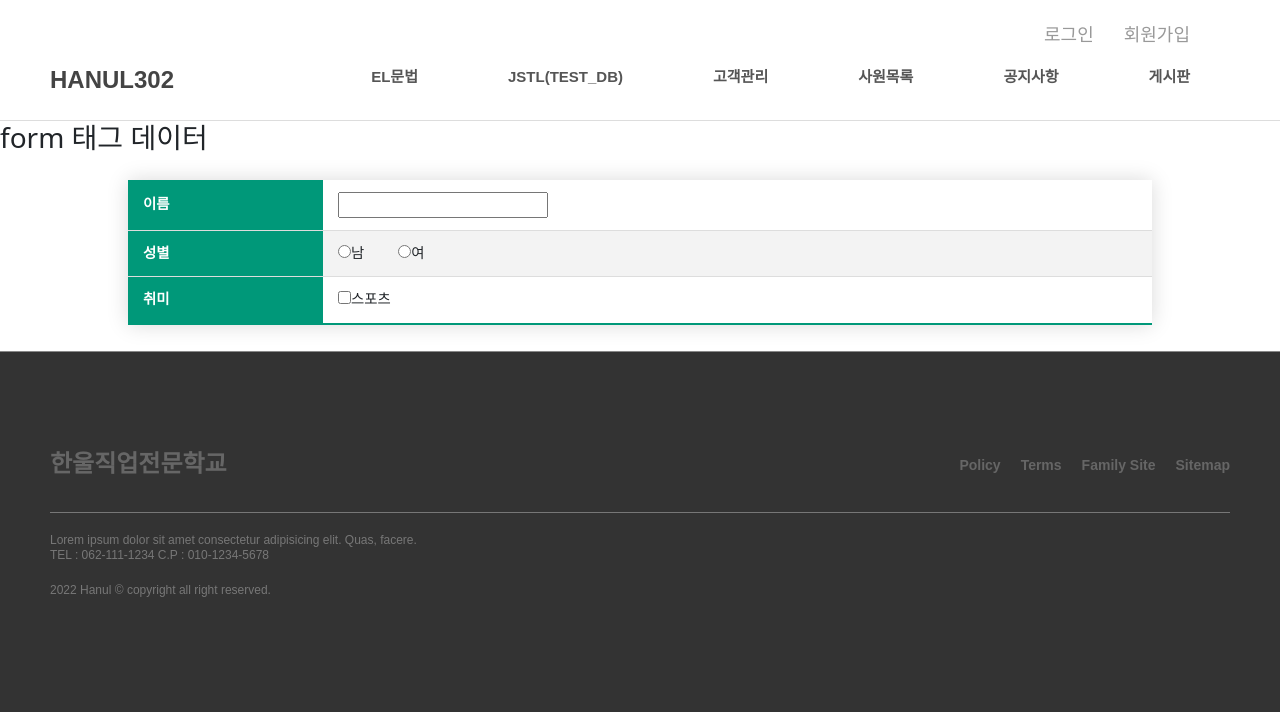
Repository: Xeyeong/servlet
Page: http://localhost/05.MiniProject/el/form.jsp
An editor plug-in stored every save of this project. The page is shown before and after a run of saves, followed by the edit.
The browser window is 1280 px wide. The pictures show the whole page.
Some web libraries are served in a nearby version. The page is served by Tomcat 9. Other server files are loaded and not shown.

Above is the page before, as saved 2022-09-20 00:57:36.

### 05.MiniProject/src/main/webapp/el/form.jsp
<%@ page language="java" contentType="text/html; charset=UTF-8"
    pageEncoding="UTF-8"%>
<!DOCTYPE html>
<html>
<head>
<meta charset="UTF-8">
<title>Insert title here</title>
</head>
<body>
<jsp:include page="/include/header.jsp"/>
<h3>form 태그 데이터</h3>

<form action="">
<table class="styled-table">
	<tr>
		<th>이름</th>
		<td><input type="text" name="name"></td>
	</tr>
	<tr>
		<th>성별</th>
		<td>
			<input type="radio" name="gender" value="남" id="male"/><label for="male">남</label>
			<label><input type="radio" name="gender" value="여"/>여</label>
		</td>
	</tr>

	<tr>
		<th>취미</th>
		<td><label for=""><input type="checkbox" name="hobby" /></label>스포츠</td>
	</tr>

</table>

</form>
<jsp:include page="/include/footer.jsp"/>
</body>
</html>

### 05.MiniProject/src/main/webapp/include/header.jsp
<%@ page language="java" contentType="text/html; charset=UTF-8"
    pageEncoding="UTF-8"%>
<!DOCTYPE html>
<html>
<head>
<meta charset="UTF-8">
<meta http-equiv="X-UA-Compatible" content="IE=CHROME">
<meta name="viewport" content="width=device-width, initial-scale=1.0">
<title>실습용 테마</title>
<link rel="icon" href="favicon.ico" type="image/x-icon">
<script src="https://kit.fontawesome.com/c47106c6a7.js"
	crossorigin="anonymous"></script>
<link rel="stylesheet" href="css/style.css?<%=new java.util.Date()%>">
<link rel="stylesheet" href="css/common.css?<%=new java.util.Date()%>">
<script src="js/ie.js"></script>
<link
	href="https://cdn.jsdelivr.net/npm/bootstrap@5.2.0-beta1/dist/css/bootstrap.min.css"
	rel="stylesheet"
	integrity="sha384-0evHe/X+R7YkIZDRvuzKMRqM+OrBnVFBL6DOitfPri4tjfHxaWutUpFmBp4vmVor"
	crossorigin="anonymous">
<script
	src="https://cdn.jsdelivr.net/npm/bootstrap@5.2.0-beta1/dist/js/bootstrap.bundle.min.js"
	integrity="sha384-pprn3073KE6tl6bjs2QrFaJGz5/SUsLqktiwsUTF55Jfv3qYSDhgCecCxMW52nD2"
	crossorigin="anonymous"></script>
<script src="https://code.jquery.com/jquery-3.6.0.min.js"></script>
</head>
<body>
	<header>
		<div class="inner">
			<h1>
				<a href="#">HANUL302</a>
			</h1>
			<ul id="gnb">
				<li><a href="list.el">EL문법</a></li>
				<li><a href="list.te">JSTL(TEST_DB)</a></li>
				<li><a href="list.cu">고객관리</a></li>
				<li><a href="#">사원목록</a></li>
				<li><a href="#">공지사항</a></li>
				<li><a href="#">게시판</a></li>
			</ul>



			<ul class="util">
				<li><a href="#">로그인</a></li>
				<li><a href="#">회원가입</a></li>
			</ul>

		</div>

	</header>
</body>
</html>

### 05.MiniProject/src/main/webapp/include/footer.jsp
<%@ page language="java" contentType="text/html; charset=UTF-8"
    pageEncoding="UTF-8"%>
<footer>
		<div class="inner">
			<div class="upper">
				<h1>한울직업전문학교</h1>
				<ul>
					<li><a href="#">Policy</a></li>
					<li><a href="#">Terms</a></li>
					<li><a href="#">Family Site</a></li>
					<li><a href="#">Sitemap</a></li>
				</ul>
			</div>
			<div class="lower">
				<address>
					Lorem ipsum dolor sit amet consectetur adipisicing elit. Quas,
					facere.<br> TEL : 062-111-1234 C.P : 010-1234-5678
				</address>
				<p>2022 Hanul &copy; copyright all right reserved.</p>
			</div>
		</div>
</footer>

### 05.MiniProject/src/main/webapp/css/style.css
@charset 'utf-8';


* {
	margin: 0px;
	padding: 0px;
	box-sizing: border-box;
}
ul,
ol {
	list-style: none;
}
a {
	text-decoration: none;
}

/* header */
header {
	width: 100%;
	border-bottom: 1px solid #ddd;
}
header .inner {
	width: 1180px;
	height: 120px;
	margin: 0px auto;
	position: relative; /*자식 absolute 요소의 기준점 설정*/
}
header .inner h1 {
	position: absolute;
	left: 0px;
	bottom: 15px;
}
header .inner h1 a {
	font: bold 24px/1 "arial";
	color: #444;
}
header .inner .util {
	position: absolute;
	top: 20px;
	right: 30px;
}
header .inner .util li {
	float: left;
}
header .inner .util li a {
	display: block;
	font: 18px "arial";
	color: #999;
	padding: 0px 10px;
}
header .inner #gnb {
	position: absolute;
	bottom: 0px;
	right: 0px;
}
header .inner #gnb li {
	float: left;
}
header .inner #gnb li a {
	display: block; /*인라인 요소는 block설정하여 크기를 조절가능*/
	font: bold 15px/1 "arial";
	color: #555;
	padding: 20px 40px;
	transition: all 0.5s;
}
header .inner #gnb li a:hover {
	background: #555;
	color: #fff;
}
figure {
	width: 100%;
	height: calc(100vh - 120px); /*전체 브라우저 높이에서 120px만큼 빼줌*/
	background: #000;
	position: relative;
	overflow: hidden;
	padding-top: 250px;
}
figure video {
	object-fit: cover; /*영상을 figure안쪽에 꽉 차도록 설정*/
	width: 100%;
	height: 100%;
	opacity: 0.3;
	position: absolute;
	top: 0px;
	left: 0px;
}
figure .inner {
	width: 1180px;
	margin: 0px auto;
	position: relative;
}
figure .inner h1 {
	font: normal 120px/1 "arial";
	color: #fff;
	margin-bottom: 20px;
}
figure .inner p {
	font: 16px/1.4 "arial";
	color: #888;
	margin-bottom: 60px;
}
figure .inner a {
	display: block;
	width: 400px;
	height: 30px;
	border: 1px solid #bbb;
	font: bold 11px/30px "arial";
	color: #fff;
	text-align: center;
	letter-spacing: 1px;
	transition: all 0.5s;
}
figure .inner a:hover {
	background: #fff;
	color: #555;
}
/* news */
section {
	width: 100%;
	padding: 200px 0px;
}
section .inner {
	width: 1180px;
	margin: 0px auto;
}
section .inner h1 {
	font: bold 24px/1 "arial";
	color: #555;
	text-align: center;
	margin-bottom: 50px;
}
section .inner .wrap {
	width: 100%;
}
section .inner .wrap::after {
	/*자식 요소인 article의 float해제*/
	content: "";
	display: block;
	clear: both;
}
section .inner .wrap article {
	width: 32%;
	float: left;
	margin-right: 20px;
}
section .inner .wrap article:last-child {
	/*제일 오른쪽 마지막 요소만 여백제거*/
	margin-right: 0px;
}
section .inner .wrap article h2 {
	margin-bottom: 10px;
}
section .inner .wrap article h2 a {
	font: bold 16px/1 "arial";
	color: #555;
}
section .inner .wrap article p {
	font: 14px/1.4 "arial";
	color: #777;
}
section .inner .wrap article .pic {
	width: 100%;
	height: 120px;
	background: #333;
	margin-bottom: 15px;
	position: relative;
	overflow: hidden;
}
section .inner .wrap article .pic img {
	object-fit: cover; /*pic프레임안에 이미지 꽉 채움*/
	width: 100%;
	height: 100%;
}
/* footer */
footer {
	width: 100%;
	background: #333;
	padding: 100px 0px;
	border-top: 1px solid #888;
}
footer .inner {
	width: 1180px;
	margin: 0px auto;
}
footer .inner .upper {
	width: 100%;
	border-bottom: 1px solid #777;
	padding-bottom: 20px;
}
footer .inner .upper::after {
	/*상단 영역 float해제*/
	content: "";
	display: block;
	clear: both;
}
footer .inner .upper h1 {
	float: left;
	font: bold 24px/1 "arial";
	color: #666;
}
footer .inner .upper ul {
	float: right;
}
footer .inner .upper ul li {
	float: left;
	margin-left: 20px;
}
footer .inner .upper ul li a {
	font: bold 14px/1 "arial";
	color: #666;
}
footer .inner .lower {
	width: 100%;
	padding-top: 20px;
}
footer .inner .lower address {
	width: 100%;
	font: 12px/1.3 "arial";
	color: #777;
	margin-bottom: 20px;
}
footer .inner .lower p {
	width: 100%;
	font: 12px/1 "arial";
	color: #777;
}

.styled-table {
	width: 80%;
    border-collapse: collapse;
    margin: 2% 10% 2% 10% ;
    font-size: 0.9em;
    font-family: sans-serif;
    min-width: 400px;
    box-shadow: 0 0 20px rgba(0, 0, 0, 0.15);

}

.styled-table thead tr {
    background-color: #009879;
    color: #ffffff;
    text-align: left;
}

.styled-table th,
.styled-table td {
    padding: 12px 15px;
}

.styled-table tbody tr {
    border-bottom: 1px solid #dddddd;
}

.styled-table tbody tr:nth-of-type(even) {
    background-color: #f3f3f3;
}

.styled-table tbody tr:last-of-type {
    border-bottom: 2px solid #009879;
}

.styled-table tbody tr.active-row {
    font-weight: bold;
    color: #009879;
}



.styled-table {
	width: 80%;
    border-collapse: collapse;
    margin: 2% 10% 2% 10%;
    font-size: 0.9em;
    font-family: sans-serif;
    min-width: 400px;
    box-shadow: 0 0 20px rgba(0, 0, 0, 0.15);
}

.styled-table thead tr {
    background-color: #009879;
    color: #ffffff;
    text-align: left;
}

.styled-table th,
.styled-table td {
    padding: 12px 15px;
}

.styled-table tbody tr {
    border-bottom: 1px solid #dddddd;
}

.styled-table tbody tr:nth-of-type(even) {
    background-color: #f3f3f3;
}

.styled-table tbody tr:last-of-type {
    border-bottom: 2px solid #009879;
}

.styled-table tbody tr.active-row {
    font-weight: bold;
    color: #009879;
}
.list-top{
	width: 80%;
	margin: 2%, 10%;
}
input[ type=button ] {
	padding : 2px 10px
}

input[ type=submit ]{
	padding: 2px 10px
}

### 05.MiniProject/src/main/webapp/css/common.css
@charset "UTF-8";

ul {
	list-style-type: none;
	align-items: center;
	padding: 0;
}

.center {
	position: absolute;
	left: 50%;
	top: calc(120px + 50%);
	transform: translate(-50%, -50%);
}

.list-top {
	display: flex;
	justify-content: space-between;
}

.list-top ul {
	display: flex;
}

table.tb-list th, table.tb-list td {
	border: 1px solid #b0b0b0;
}

.list-top {
	width: 80%;
	margin: 2% 10%
}

input[type=button], input[type=submit] {
	padding: 2px 10px
}

table th {
	background-color: #009879 !important;
	color: #fff;
}

label:not(:last-child) {
	margin-right: 30px
}

.btnSet {
	margin: 20px auto;
	width: 80%;
}

.btnSet a:not(:last-child) {
	margin-right: 5px
}

a {
	text-decoration: none !important;
}

a.btn-fill, a.btn-empty {
	height: 28px;
	padding: 3px 15px;
	border: 1px solid #009879;
	border-radius: 3px;
}

a.btn-fill {
	background-color: #009879;
	color: #fff;
}

a.btn-empty {
	color: #009879;
}

input {
	padding: 0 10px;
}

input:focus {
	outline: none !important;
	border-color: #009879;
}

.tb-wrap {
	overflow: auto;
	margin: 20px auto;
	height: 500px;
	width: 80%;
}

.tb-wrap table {
	width: 100%;
	margin: 0;
}

header ul li:not(:first-child) {
	margin-left: 10px
}

.valid {
	color: green;
	font-size: 14px;
	font-weight: bold;
}

.invalid {
	color: red;
	font-size: 14px;
	font-weight: bold;
}

.font {
	font-size: 18px;
}

#delete {
	display: none;
}

.w-px40 {
	width: 40px
}

.w-px60 {
	width: 60px
}

.w-px80 {
	width: 80px
}

.w-px100 {
	width: 100px
}

.w-px120 {
	width: 120px
}

.w-px140 {
	width: 140px
}

.w-px160 {
	width: 160px
}

.w-px180 {
	width: 180px
}

.w-px200 {
	width: 200px
}

.w-px220 {
	width: 220px
}

.w-px250 {
	width: 250px
}

.w-px300 {
	width: 300px
}

Loaded but not shown: 05.MiniProject/src/main/webapp/js/ie.js (common file)

After the next 2 saves:
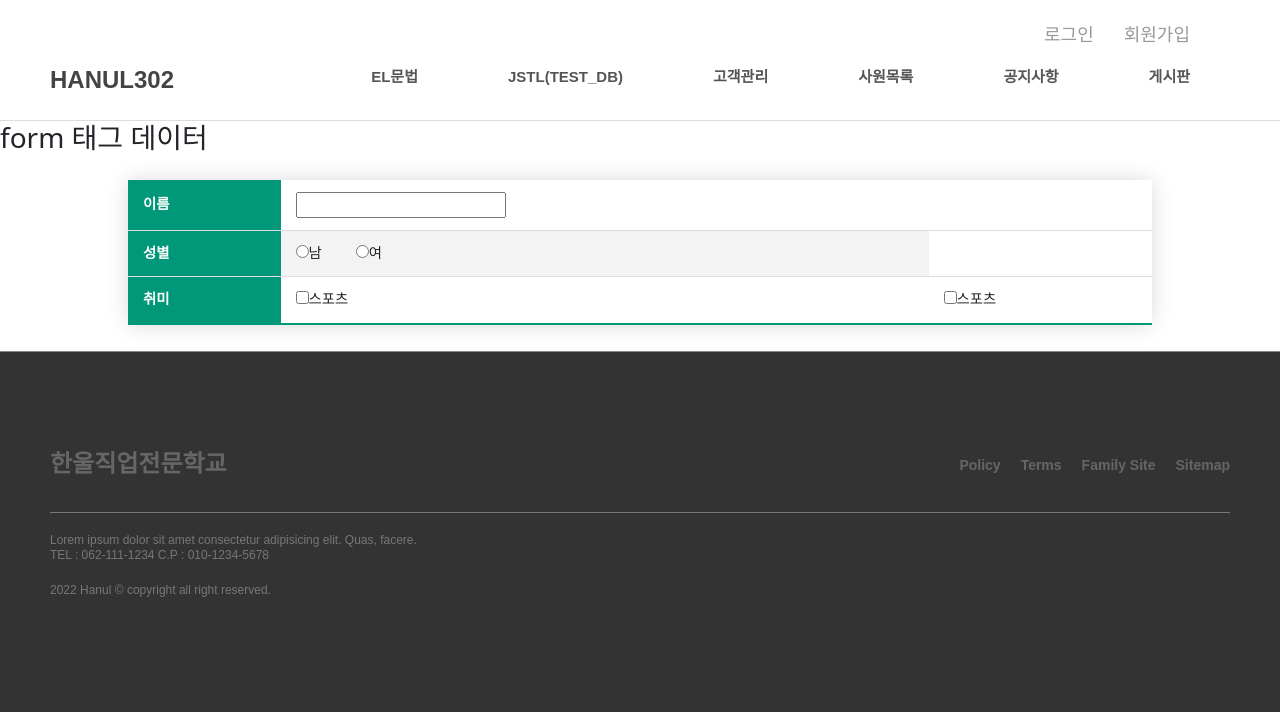
The 2 saves are shown as one change because they came seconds apart.
The last was saved 14 s later.
--- a/05.MiniProject/src/main/webapp/el/form.jsp
+++ b/05.MiniProject/src/main/webapp/el/form.jsp
@@ -26,7 +26,8 @@
 
 	<tr>
 		<th>취미</th>
-		<td><label for=""><input type="checkbox" name="hobby" /></label>스포츠</td>
+		<td><label for=""><input type="checkbox" name="hobby" value="스포츠" /></label>스포츠</td>
+		<td><label for=""><input type="checkbox" name="hobby" value="스포츠" /></label>스포츠</td>
 	</tr>
 
 </table>
